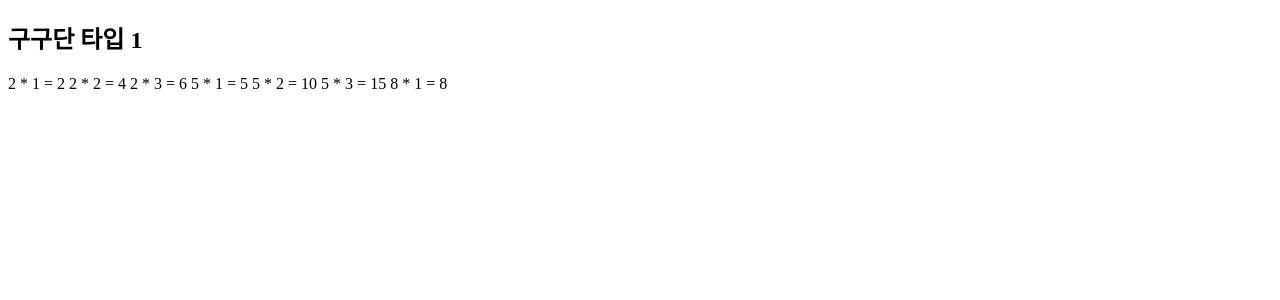
Repository: Byeonghee-son/DB-Servlet
Page: http://localhost/ServletStudy/gugudan2.jsp
An editor plug-in stored every save of this project. The page is shown before and after the next save, followed by the edit.
The browser window is 1280 px wide. The pictures show the whole page.
The page is served by Tomcat 9. Other server files are loaded and not shown.

Above is the page before, as saved 2023-05-17 01:34:30.

### ServletStudy/src/main/webapp/gugudan2.jsp
<%@ page language="java" contentType="text/html; charset=UTF-8"
	pageEncoding="UTF-8"%>
<%
    String type = request.getParameter("type");
    String scol = request.getParameter("col");

    if(type == null) type = "list";
    else{
    	if(!type.equals("table")) type = "list";
    }

    int col = 3;
    if(scol != null) col = Integer.parseInt(scol);
%>
<!DOCTYPE html>
<html>
<head>
<meta charset="UTF-8">
<title>Gugudan Type2 (JSP)</title>
</head>
<body>
	<h2>구구단 타입 1</h2>
		<% for(int i = 2; i < 10; i+=col){ %>
		<% for(int j = 1; j <= col; j++){ %>
			<%if(9 < i + j) break; %>
		<%= i %> * <%= j %> = <%= i * j %>
		<% } %>
		<%} %>

</body>
</html>

After the next save:
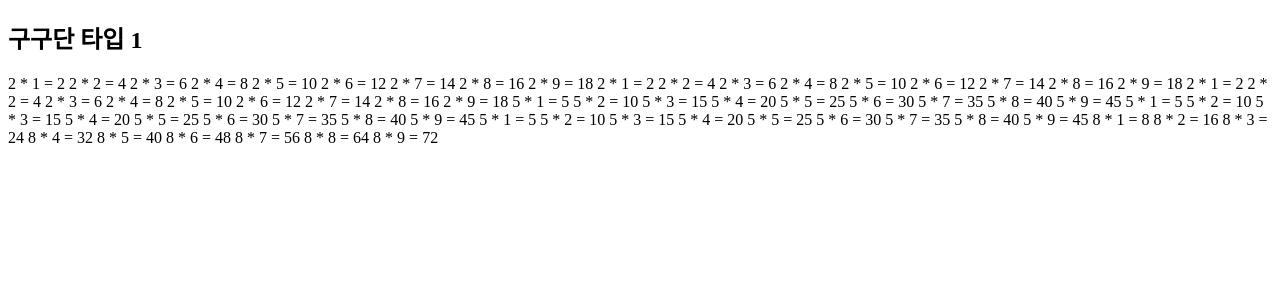
Saved 71 s later.
--- a/ServletStudy/src/main/webapp/gugudan2.jsp
+++ b/ServletStudy/src/main/webapp/gugudan2.jsp
@@ -23,8 +23,10 @@
 		<% for(int i = 2; i < 10; i+=col){ %>
 		<% for(int j = 1; j <= col; j++){ %>
 			<%if(9 < i + j) break; %>
-		<%= i %> * <%= j %> = <%= i * j %>
+			<%for(int k = 1; k < 10; k++) {%>
+		<%= i %> * <%= k %> = <%= i * k %>
 		<% } %>
+		<%} %>
 		<%} %>
 
 </body>
